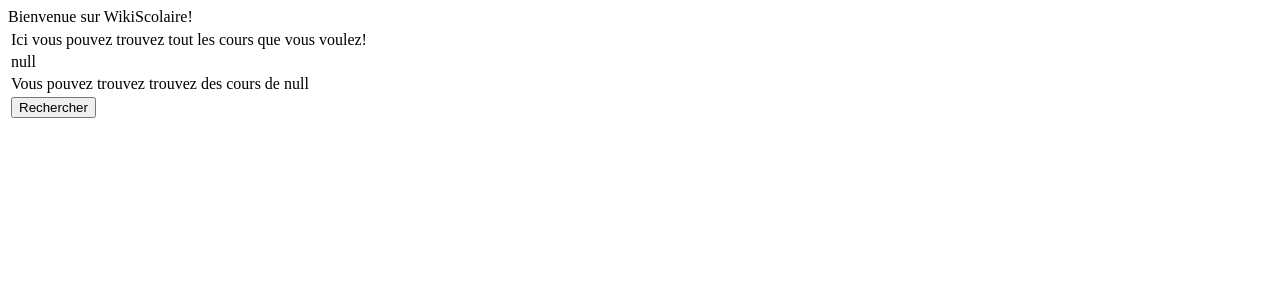
Repository: AntoAnt/WikiScolaire-
Page: http://localhost/InterfaceWikiScolair/accueil.jsp
These files come from the project's save history. The page is drawn as it stood at one moment and after the next save; the edit follows.
The browser window is 1280 px wide. The pictures show the whole page.
The page is served by Tomcat 9. Other server files are loaded and not shown.

Above is the page before, as saved 2017-04-21 07:39:57.

### InterfaceWikiScolair/WebContent/accueil.jsp
<%@ page language="java" contentType="text/html; charset=ISO-8859-1"
    pageEncoding="ISO-8859-1"%>
<!DOCTYPE html PUBLIC "-//W3C//DTD HTML 4.01 Transitional//EN" "http://www.w3.org/TR/html4/loose.dtd">
<html>
<head>
<meta http-equiv="Content-Type" content="text/html; charset=ISO-8859-1">
<title>Accueil Utilisateur</title>
</head>
<body>
<table>
	<tr>Bienvenue sur WikiScolaire!</tr>
	<tr><td>Ici vous pouvez trouvez tout les cours que vous voulez!</td></tr>
	<tr><td><%out.println(session.getAttribute("login"));%></td></tr>
	<tr><td>Vous pouvez trouvez trouvez des cours de <%out.println(session.getAttribute("niv"));%> </td></tr>
	<tr><td><a href ="/InterfaceWikiScolair/Recherche.jsp"><input type="button" name="Recherche_cours" value="Rechercher"></a>
</table>




</body>
</html>

After the next save:
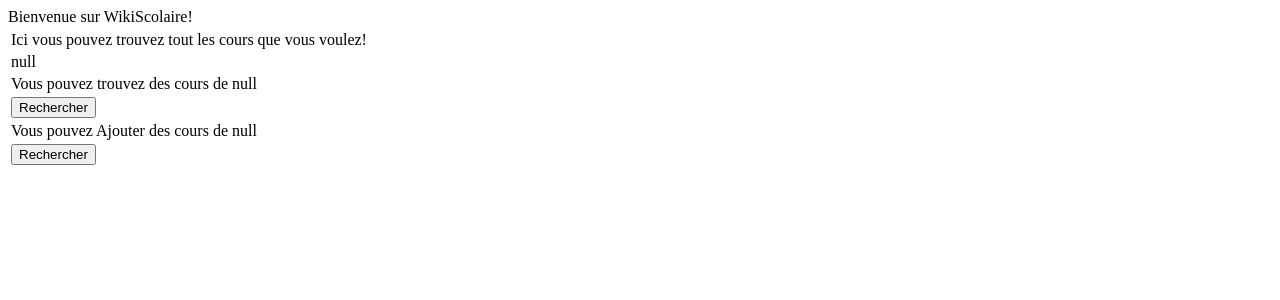
Saved 2 min 11 s later.
--- a/InterfaceWikiScolair/WebContent/accueil.jsp
+++ b/InterfaceWikiScolair/WebContent/accueil.jsp
@@ -11,8 +11,10 @@
 	<tr>Bienvenue sur WikiScolaire!</tr>
 	<tr><td>Ici vous pouvez trouvez tout les cours que vous voulez!</td></tr>
 	<tr><td><%out.println(session.getAttribute("login"));%></td></tr>
-	<tr><td>Vous pouvez trouvez trouvez des cours de <%out.println(session.getAttribute("niv"));%> </td></tr>
+	<tr><td>Vous pouvez trouvez  des cours de <%out.println(session.getAttribute("niv"));%> </td></tr>
 	<tr><td><a href ="/InterfaceWikiScolair/Recherche.jsp"><input type="button" name="Recherche_cours" value="Rechercher"></a>
+		<tr><td>Vous pouvez Ajouter des cours de <%out.println(session.getAttribute("niv"));%> </td></tr>
+	<tr><td><a href ="/InterfaceWikiScolair/AjoutCours.jsp"><input type="button" name="Recherche_cours" value="Rechercher"></a>
 </table>
 
 
